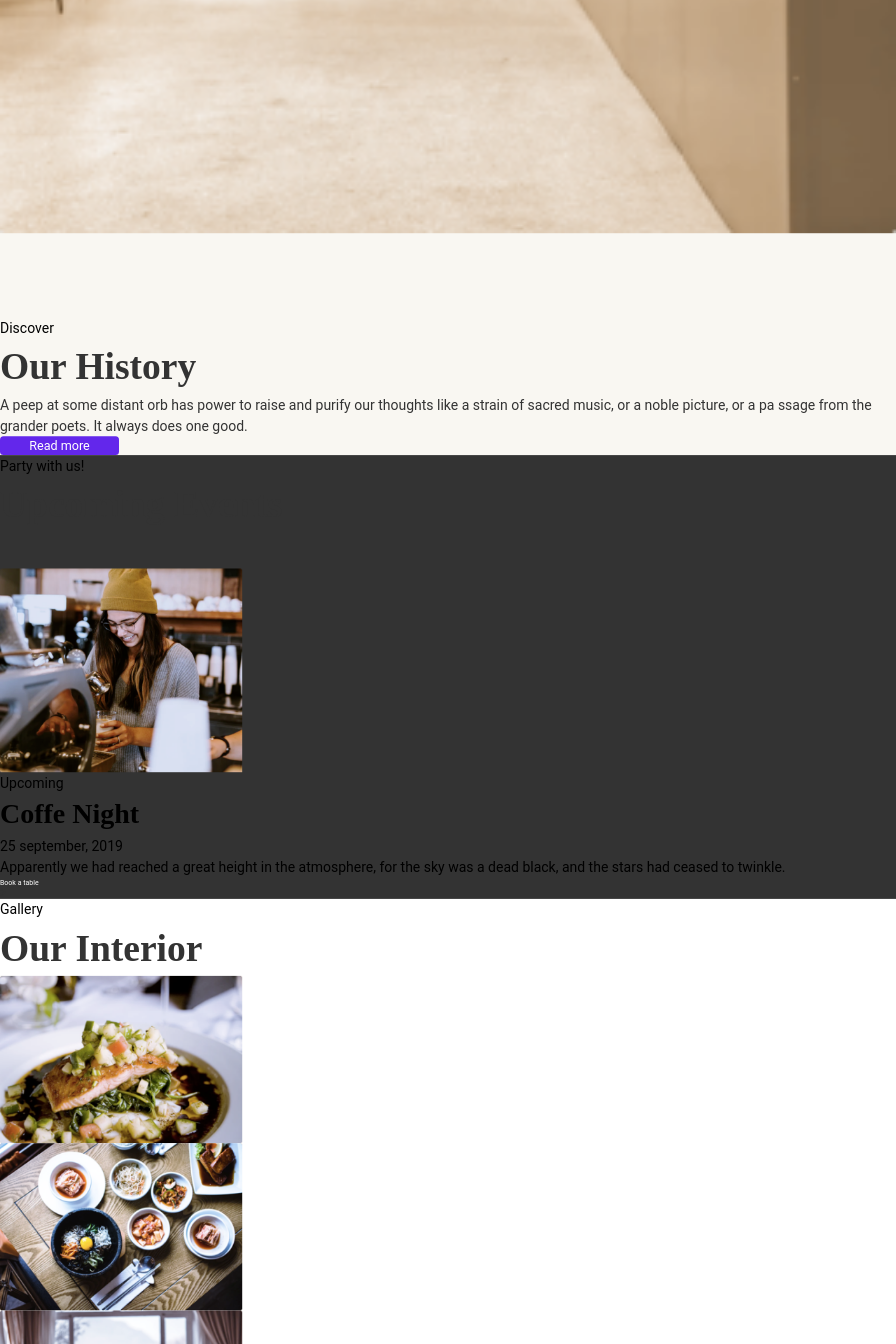
Repository: murilopellis-12/Tailwind-Prova
Page: index.html
An editor plug-in stored every save of this project. The page is shown before and after the next save, followed by the edit.
The browser window is 1280 px wide. The pictures show the part of the page from y = 1943 to 3863 px (the page is 6004 px tall), at 70% of full size.

Above is the page before, as saved 2026-10-26 21:29:45.
Not found: style.css

### index.html
<!doctype html>
<html lang="pt-BR">
  <head>
    <meta charset="UTF-8" />
    <meta name="viewport" content="width=device-width, initial-scale=1.0" />
    <title>PROVA FRONT-END</title>
    <script src="https://cdn.jsdelivr.net/npm/@tailwindcss/browser@4"></script>
    <style type="text/tailwindcss">
      @theme {
        --espaco-pequeno: clamp(
          1.5rem,
          calc(-2.725rem + 11.268vw),
          13.5rem
        ); /* min: 15px, max: 135px */
        --padding-topo: clamp(8rem, calc(5.183rem + 7.512vw), 16rem);

        /*Cores*/
        --cor-primaria: #333;
        --cor-secundaria: #f9f7f2;
        --cor-terciaria: #fff;
        --complementar-roxo: #6327eb;
        --borda-menu: rgba(255, 255, 255, 0.3);
        --paragrafos-claros: rgba(51, 51, 51, 0.5);
        --borda-formulario: #dadada;
      }

      html {
        font-size: 62.5%;
      }

      * {
        margin: 0;
        padding: 0;
        box-sizing: border-box;
      }

      h1 {
        font-size: clamp(
          5.6rem,
          calc(5.037rem + 1.502vw),
          7.2rem
        ); /* min: 56px, max: 72px */
        color: var(--cor-terciaria);
        font-weight: bold;
        font-family: "PT Serif";
      }

      h2 {
        font-size: clamp(
          4rem,
          calc(3.437rem + 1.502vw),
          5.6rem
        ); /* min: 40px, max: 56px */
        font-family: "PT Serif";
        font-weight: bold;
        color: var(--cor-primaria);
      }

      h3 {
        font-size: 4rem;
        font-family: "PT Serif";
        font-weight: bold;
      }

      p {
        font-family: "Roboto";
        font-size: 2rem;
      }

      button {
        font-family: "Roboto";
        color: var(--cor-terciaria);
        font-weight: normal;
        border-radius: 5px;
      }
    </style>
    <link rel="stylesheet" href="style.css" />
  </head>

  <body>
    <header
      class="header-principal bg-[linear-gradient(rgba(51,51,51,0.9),_rgba(51,51,51,0.9)),_url('img/imagem-fundo.png')] bg-cover bg-center w-[100%] h-auto p-[1.6rem_var(--espaco-pequeno)_clamp(5rem,calc(3.592rem+3.756vw),9rem)_var(--espaco-pequeno)] flex flex-col gap-[clamp(4.3rem,calc(2.645rem+4.413vw),9rem)]"
    >
      <div class="conteudo-header flex justify-between w-[100%] items-center">
        <div>
          <a
            aria-label="redireciona para o início"
            id="ancora-header"
            href="#"
            class="text-[4rem] no-underline text-[var(--cor-terciaria)] font-bold"
            >REST</a
          >
        </div>
        <div class="menu-hamburguer-div">
          <button
            id="botao-menu-hamburguer"
            class="w-[4.8rem] h-[4.8rem] rounded-[50%] border border-solid border-[var(--borda-menu)] bg-transparent"
          >
            <img
              src="img/menu-hamburguer.png"
              alt="menu hamburguer do header"
            />
          </button>
        </div>
        <nav class="navegacao-header-desktop hidden">
          <ul class="flex flex-row gap-[3.2rem] justify-evenly">
            <li
              class="list-none text-[2rem] font-light text-[var(--cor-terciaria)] no-underline"
            >
              <a
                class="list-none text-[2rem] font-light text-[var(--cor-terciaria)] no-underline"
                aria-label="abre Sobre"
                href=""
                >About Us</a
              >
            </li>
            <li
              class="list-none text-[2rem] font-light text-[var(--cor-terciaria)] no-underline"
            >
              <a
                class="list-none text-[2rem] font-light text-[var(--cor-terciaria)] no-underline"
                aria-label="abre Menu"
                href=""
                >Menu</a
              >
            </li>
            <li
              class="list-none text-[2rem] font-light text-[var(--cor-terciaria)] no-underline"
            >
              <a
                class="list-none text-[2rem] font-light text-[var(--cor-terciaria)] no-underline"
                aria-label="abre Eventos"
                href=""
                >Events</a
              >
            </li>
            <li
              class="list-none text-[2rem] font-light text-[var(--cor-terciaria)] no-underline"
            >
              <a
                class="list-none text-[2rem] font-light text-[var(--cor-terciaria)] no-underline"
                aria-label="abre Notícias"
                href=""
                >News</a
              >
            </li>
            <li
              class="list-none text-[2rem] font-light text-[var(--cor-terciaria)] no-underline"
            >
              <a
                class="list-none text-[2rem] font-light text-[var(--cor-terciaria)] no-underline"
                aria-label="abre contatos"
                href=""
                >Contact</a
              >
            </li>
          </ul>
        </nav>
        <div class="desktop-div-redes-sociais hidden">
          <nav class="navegacao-redes-sociais-header flex gap-[0.8rem]">
            <a
              aria-label="abre Facebook"
              class="circulos-navegacao w-[4.8rem] h-[4.8rem] rounded-[50%] border border-solid border-[var(--borda-menu)] flex justify-center items-center"
              href=""
              ><img src="img/facebook.png" alt="logo do Facebook"
            /></a>
            <a aria-label="abre Twitter" class="circulos-navegacao" href=""
              ><img
                class="logo-twitter-ancora"
                src="img/twitter.png"
                alt="logo do Twitter"
            /></a>
            <a aria-label="abre Instagram" class="circulos-navegacao" href=""
              ><img src="img/instagram.png" alt="logo do Instagram"
            /></a>
          </nav>
        </div>
      </div>
      <div
        class="div-agrupar-conteudo-hero flex flex-col gap-[clamp(3.6rem,calc(1.982rem+4.314vw),6.4rem)]"
      >
        <div
          class="conteudo-hero h-auto flex flex-col justify-center gap-[4rem]"
        >
          <h1 id="h1-pagina-principal">Welcome to our restaurant</h1>
          <p
            id="horario-funcionamento-hero"
            class="text-[2.4rem] font-light text-[var(--cor-terciaria)]"
          >
            Everyday 8:00 am - 23:00 pm
          </p>
          <div
            class="botoes-hero grid grid-cols-[1fr_1fr] gap-[clamp(0.6rem,calc(-0.245rem+2.254vw),3rem)] h-auto w-[100%] max-w-[345px]"
          >
            <button
              aria-label="abre a reserva de mesa"
              class="botoes-hero-class p-[1.2rem_0] text-[var(--cor-terciaria)] text-[1.8rem] max-w-[170px] border-0 bg-[var(--complementar-roxo)]"
              id="botao-livro-mesa"
            >
              Book a table
            </button>
            <button
              aria-label="abre o menu"
              class="botoes-hero-class p-[1.2rem_0] text-[var(--cor-terciaria)] text-[1.8rem] max-w-[170px] border-0 bg-[var(--complementar-roxo)] border border-solid border-[var(--borda-menu)]"
              id="botao-ver-menu"
            >
              See menu
            </button>
          </div>
        </div>
        <div class="div-imagem-hero w-auto h-auto flex justify-center">
          <img
            class="w-[100%] max-w-[570px] h-auto"
            id="imagem-sopa-hero"
            src="img/sopa.png"
            alt="imagem de uma sopa"
          />
        </div>
      </div>
    </header>
    <main>
      <section
        class="secao-nossa-historia p-[clamp(8rem,calc(5.183rem+7.512vw),16rem)_var(--espaco-pequeno)] bg-[var(--cor-secundaria)]"
      >
        <div
          class="conteudo-nossa-historia flex flex-col gap-[clamp(6.3rem,calc(3.941rem+6.291vw),13rem)]"
        >
          <div class="div-imagem-nossa-historia">
            <img
              src="img/nossa-historia-imagem.png"
              alt="imagem de uma cozinha"
              class="w-[100%] h-auto p-[0_3rem] object-cover"
            />
          </div>
          <div class="nossa-historia-texto flex flex-col justify-center">
            <p
              class="categorias-site text-[2.4rem] text-light"
              id="categoria-descobrir"
            >
              Discover
            </p>
            <h2 id="nossa-historia-h2" class="m-[0_0_1.2rem_0]">Our History</h2>
            <p class="paragrafos-site text-[var(--cor-primaria)] text-light">
              A peep at some distant orb has power to raise and purify our
              thoughts like a strain of sacred music, or a noble picture, or a
              pa ssage from the grander poets. It always does one good.
            </p>
            <div class="div-botao-ler-mais w-[50%]">
              <button
                aria-label="abre o Ler Mais"
                id="botao-ler-mais-historia"
                class="w-[100%] max-w-[170px] p-[1.2rem_0] border-0 bg-[var(--complementar-roxo)] text-[1.8rem] mt-[clamp(2.3rem,calc(2.159rem+0.376vw),2.7rem)]"
              >
                Read more
              </button>
            </div>
          </div>
        </div>
      </section>
      <section
        class="secao-eventos-futuros bg-[var(--cor-primaria)] p-[var(--padding-topo)_var(--espaco-pequeno)] flex flex-col gap-[clamp(3.9rem,calc(3.407rem+1.315vw),5.3rem)] items-"
      >
        <div class="titulos-secao-eventos-futuros">
          <p id="paragrafo-titulo-eventos-futuros">Party with us!</p>
          <h2 id="h2-titulo-eventos-futuros">Upcoming Events</h2>
        </div>
        <div class="forma-eventos-futuros">
          <div class="imagem-evento-futuro">
            <img
              id="imagem-mulher-fazendo-cafe"
              src="img/mulher-fazendo-cafe.png"
              alt="mulher fazendo café em uma máquina"
            />
          </div>
          <div class="conteudo-escrito-eventos">
            <p class="categorias-site" id="categoria-futuro">Upcoming</p>
            <h3>Coffe Night</h3>
            <p id="data-eventos-futuros">25 september, 2019</p>
            <p class="paragrafos-site">
              Apparently we had reached a great height in the atmosphere, for
              the sky was a dead black, and the stars had ceased to twinkle.
            </p>
            <div class="div-botao-ler-mais">
              <button
                aria-label="redireciona a reserva de mesa"
                id="botao-reservar-mesa"
              >
                Book a table
              </button>
            </div>
          </div>
          <div class="proxima-pagina">
            <button id="seta-proxima-pagina">
              <img
                src="img/flecha-proxima.png"
                alt="ícone de flecha que guia para outra página"
              />
            </button>
          </div>
        </div>
      </section>
      <section class="secao-galeria-fotos">
        <div class="titulos-secao-galeria-fotos">
          <p id="paragrafo-titulo-galeria">Gallery</p>
          <h2 id="h2-titulo-galeria">Our Interior</h2>
        </div>
        <div class="imagens-galeria">
          <img
            class="imagens-da-galeria"
            src="img/galeria/salmao.png"
            alt="prato com temperos e salmão"
          />
          <img
            class="imagens-da-galeria"
            src="img/galeria/pratos.png"
            alt="pratos preparados com diversos alimentos"
          />
          <img
            class="imagens-da-galeria"
            src="img/galeria/mesas-cadeiras.png"
            alt="mesas preparadas com diversas cadeiras"
          />
          <img
            class="imagens-da-galeria"
            src="img/galeria/mesa-individual.png"
            alt="uma unidade de mesa com lugar para 4 pessoas"
          />
          <img
            class="imagens-da-galeria"
            src="img/galeria/mesa-com-garcom.png"
            alt="mesas e cadeiras sendo organizados por uma garçom"
          />
          <img
            class="imagens-da-galeria"
            src="img/galeria/mesa-preparada.png"
            alt="mesa com talheres e guardanapos postos e preparados"
          />
        </div>
      </section>
      <section class="secao-sobre-nos">
        <div class="titulos-secao-sobre-nos">
          <p class="categorias-site" id="paragrafo-titulo-sobre-nos">Press</p>
          <h2 id="h2-titulo-sobre-nos">About Us</h2>
        </div>
        <div class="cartoes-conjunto">
          <div class="cartoes-autoras" id="autora-york-times">
            <img
              class="logo-titulo"
              src="img/the-new-york-logo.png"
              alt="logo do The New York Times"
            />
            <p class="citacao-autora">
              "Apparently we had reached a great height in the atmosphere, for
              the sky was a dead black, and the stars had ceased to twinkle. By
              the same illusion which lifts the horizon of the sea to the
              level."
            </p>
            <p class="nome-autora-rodape">The New York Times</p>
          </div>
          <div class="cartoes-autoras" id="autora-the-guardian">
            <img
              class="logo-titulo"
              src="img/the-guardian-logo.png"
              alt="logo do The Guardian"
            />
            <p class="citacao-autora">
              "Apparently we had reached a great height in the atmosphere, for
              the sky was a dead black, and the stars had ceased to twinkle. By
              the same illusion which lifts the horizon of the sea to the
              level."
            </p>
            <p class="nome-autora-rodape">The Guardian</p>
          </div>
          <div class="cartoes-autoras" id="autora-wall-street">
            <img
              class="logo-titulo"
              src="img/wall-street-jornal-logo.png"
              alt="logo do Wall Street Jornal"
            />
            <p class="citacao-autora">
              "Apparently we had reached a great height in the atmosphere, for
              the sky was a dead black, and the stars had ceased to twinkle. By
              the same illusion which lifts the horizon of the sea to the
              level."
            </p>
            <p class="nome-autora-rodape">The Wall Street Jornal</p>
          </div>
        </div>
      </section>
      <section class="secao-reservar-mesa">
        <div class="area-reserva-mesa">
          <div>
            <p class="categorias-site" id="paragrafo-titulo-reserva">Reserve</p>
            <h2 id="h2-titulo-reserva-mesa">A Table</h2>
          </div>
          <form action="#" class="formulario-reserva-mesa">
            <div
              class="campos-preencher-formulario-reserva"
              id="formulario-campo-data"
            >
              <label for="data">DATE</label>
              <input
                type="text"
                id="data"
                name="data"
                placeholder="9/26/2019"
              />
            </div>
            <div
              class="campos-preencher-formulario-reserva"
              id="formulario-campo-tempo"
            >
              <label for="hora">TIME</label>
              <input type="text" name="hora" id="hora" placeholder="7:00 pm" />
            </div>
            <div
              class="campos-preencher-formulario-reserva"
              id="formulario-campo-visitantes"
            >
              <label for="numero-pessoas">GUESTS</label>
              <input
                type="number"
                name="numero-pessoas"
                id="numero-pessoas"
                placeholder="2 people"
              />
            </div>
            <div id="formulario-campo-envio">
              <button
                aria-label="redireciona para reserva de mesa"
                id="botao-envio-reserva"
                type="submit"
              >
                Find a table
              </button>
            </div>
          </form>
        </div>
        <div class="div-imagem-secao-reserva">
          <img src="img/mesa-organizada.png" alt="mesa organizada" />
        </div>
      </section>
    </main>
    <footer class="footer-principal">
      <div>
        <h3 id="h3-rodape-pagina">REST</h3>
      </div>
      <nav class="navegacao-rodape">
        <ul>
          <li>About Us</li>
          <li>Menu</li>
          <li>Events</li>
          <li>News</li>
          <li>Contact</li>
        </ul>
      </nav>
      <nav class="redes-sociais-rodape-botoes">
        <a aria-label="abre Facebook" class="circulos-navegacao" href=""
          ><img src="img/facebook.png" alt="logo do Facebook"
        /></a>
        <a aria-label="abre Twitter" class="circulos-navegacao" href=""
          ><img
            class="logo-twitter-ancora"
            src="img/twitter.png"
            alt="logo do Twitter"
        /></a>
        <a aria-label="abre Instagram" class="circulos-navegacao" href=""
          ><img src="img/instagram.png" alt="logo do Instagram"
        /></a>
      </nav>
      <div class="direitos-reservados-rodape">
        <p id="paragrafo-direitos-reservados">
          2019 Restaurant. All Rights Reserved.
        </p>
      </div>
    </footer>
  </body>
</html>

After the next save:
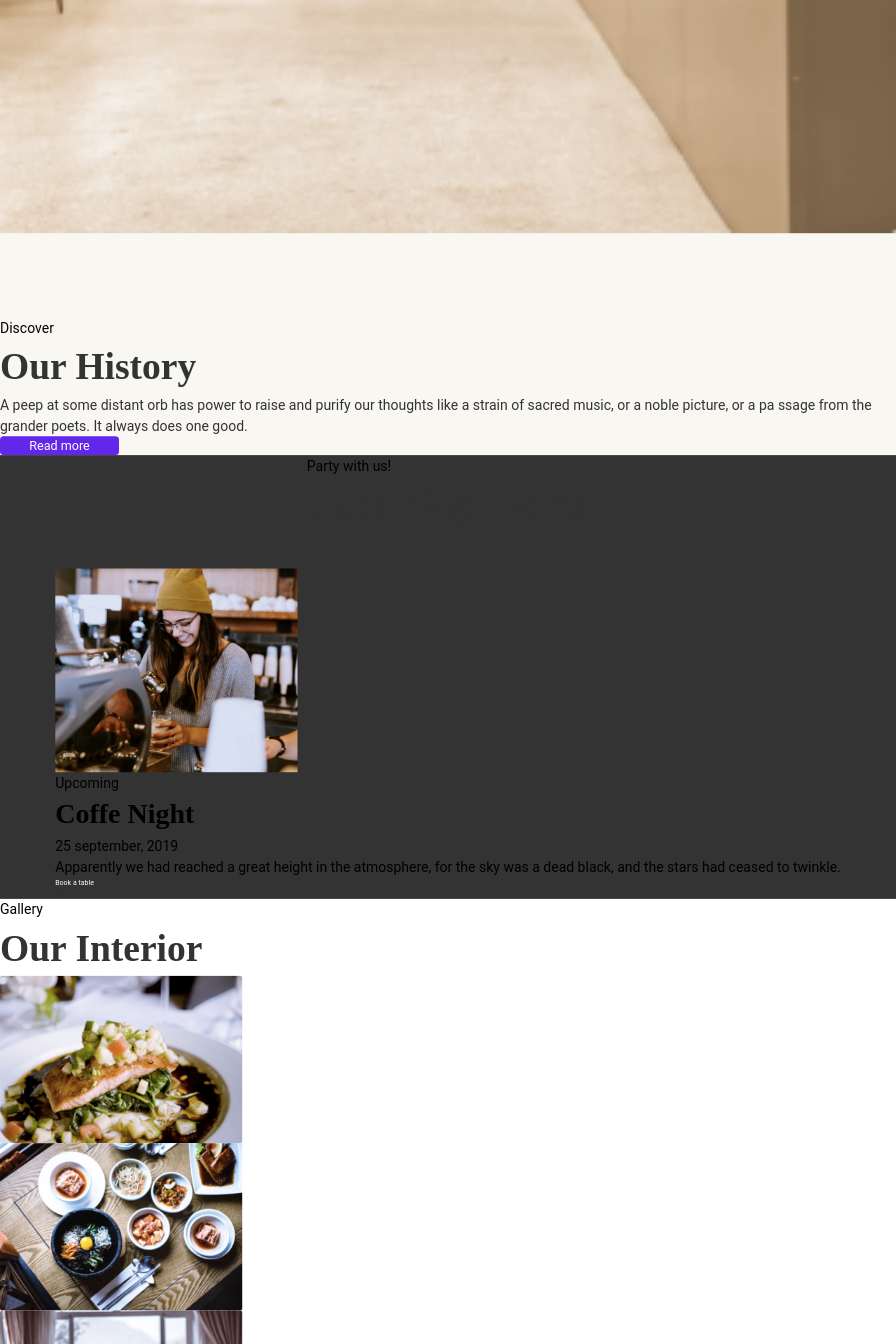
Saved 4 s later.
--- a/index.html
+++ b/index.html
@@ -258,7 +258,7 @@
         </div>
       </section>
       <section
-        class="secao-eventos-futuros bg-[var(--cor-primaria)] p-[var(--padding-topo)_var(--espaco-pequeno)] flex flex-col gap-[clamp(3.9rem,calc(3.407rem+1.315vw),5.3rem)] items-"
+        class="secao-eventos-futuros bg-[var(--cor-primaria)] p-[var(--padding-topo)_var(--espaco-pequeno)] flex flex-col gap-[clamp(3.9rem,calc(3.407rem+1.315vw),5.3rem)] items-center"
       >
         <div class="titulos-secao-eventos-futuros">
           <p id="paragrafo-titulo-eventos-futuros">Party with us!</p>
